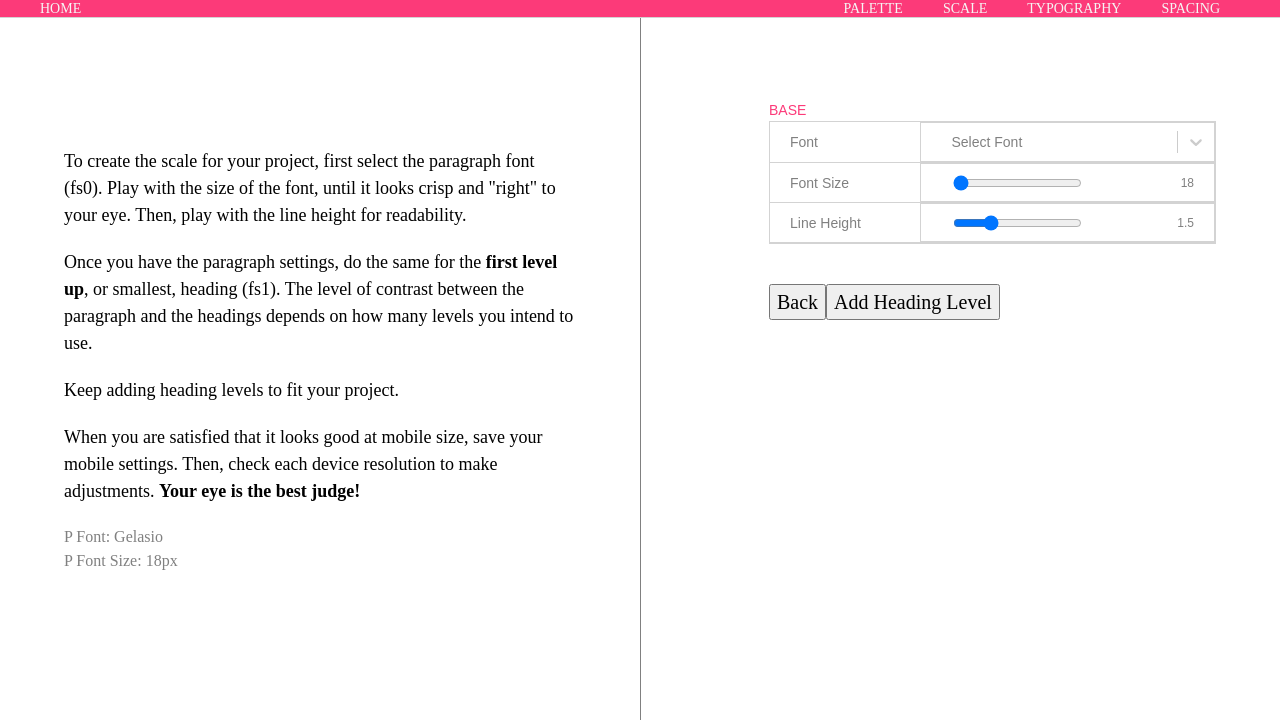
Repository: Terrycoco/coco-playground-starter
Page: /playground/scale
An editor plug-in stored every save of this project. The page is shown before and after the next save, followed by the edit.
The browser window is 1280 px wide. The pictures show the whole page.
Some web fonts or font styles are not loaded; a fallback is used. The project was rebuilt for these pictures with package versions that can differ from the ones it lists, and the page was loaded fresh each time. The framework's server and built-in components were replaced by stand-ins that run in the browser. Also part of the build but not shown: next.config.js, src/components/text/H1.js, src/components/text/Text.js, src/dev/components/layout/DeviceMenu.js, src/dev/components/dropdowns/ColorDropdown.js, src/utils/objects.js, src/dev/components/dropdowns/RatioDropdown.js, src/dev/components/forms/forms.module.css and 4 more.

Above is the page before, as saved 2023-03-04 10:01:57.

After the next save:
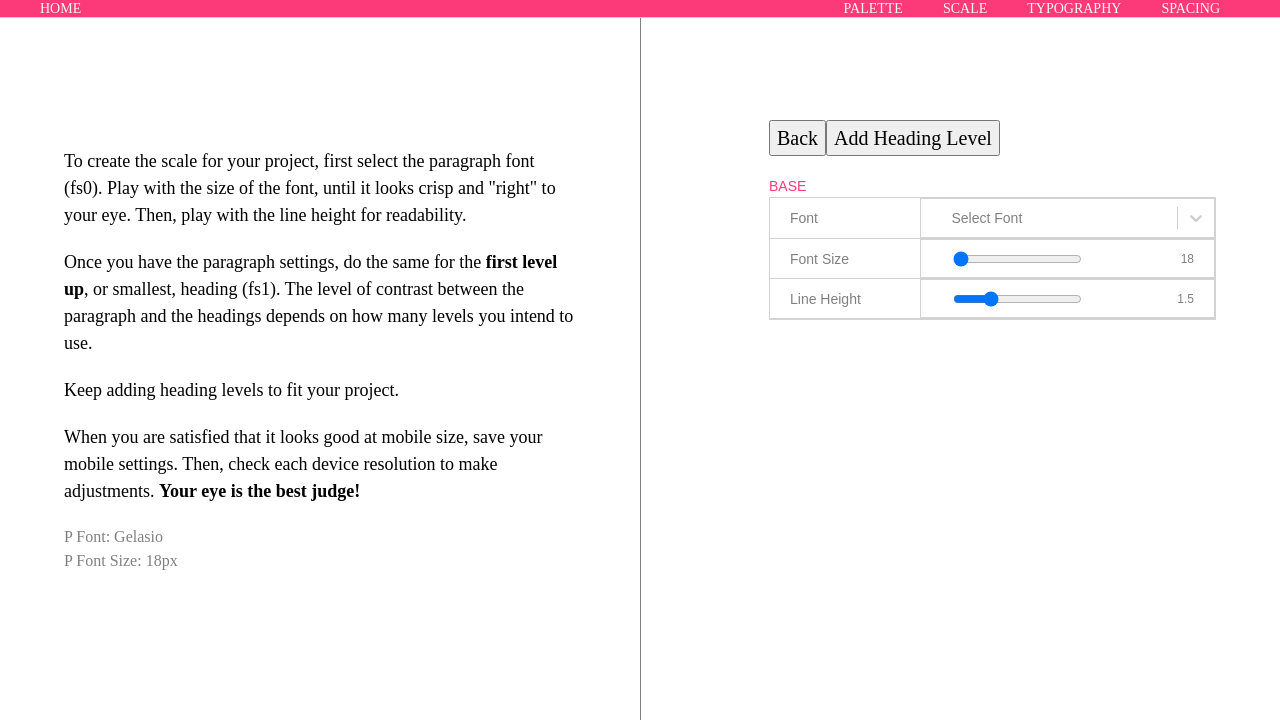
Saved 41 s later.
--- a/src/pages/playground/scale.js
+++ b/src/pages/playground/scale.js
@@ -344,12 +344,12 @@ export default function Scale() {
             )}
 
             <div id="col2" style={styles.form}>
-              {showLevels()}
-
               <div style={styles.buttonrow}>
                 <button onClick={changeTab}>Back</button>
                 <button onClick={generate}>Add Heading Level</button>
               </div>
+
+              {showLevels()}
             </div>
           </div>
         </Layout>
